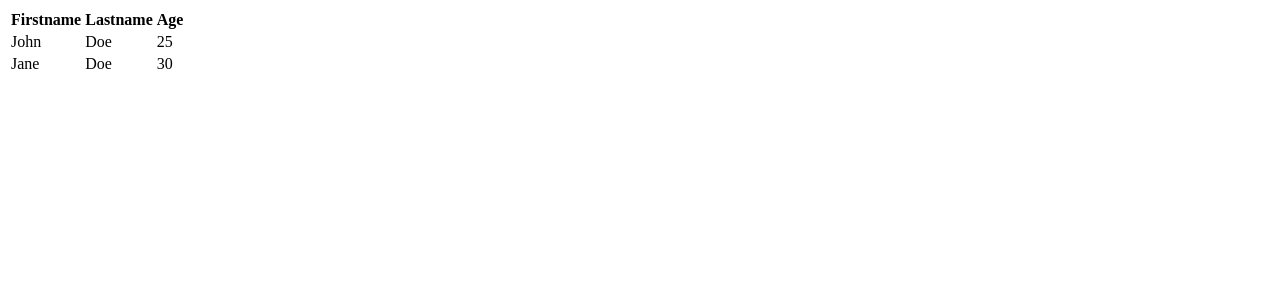
Repository: ankitgujre01/HTMLgeeks
Page: table.html
These files come from the project's save history. The page is drawn as it stood at one moment and after a run of saves; the edit follows.
The browser window is 1280 px wide. The pictures show the whole page.

Above is the page before, as saved 2025-09-03 22:57:56.

### table.html
<!DOCTYPE html>
<html>
    <head>
        <title>Table</title>
    </head>
    <body>
        <table>
            <th>Firstname</th>
            <th>Lastname</th>
            <th>Age</th>
            <tr>
                <td>John</td>
                <td>Doe</td>
                <td>25</td>
            </tr>
            <tr>
                <td>Jane</td>
                <td>Doe</td>
                <td>30</td>
            </tr>
        </table>
    </body>
</html>

After the next 4 saves:
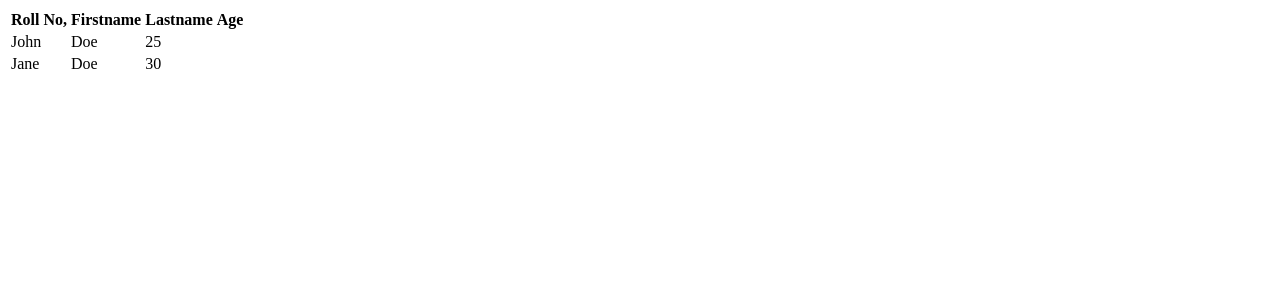
The 4 saves are shown as one change because they came seconds apart.
The last was saved 7 min 24 s later.
--- a/table.html
+++ b/table.html
@@ -5,6 +5,7 @@
     </head>
     <body>
         <table>
+            <th>Roll No,
             <th>Firstname</th>
             <th>Lastname</th>
             <th>Age</th>
